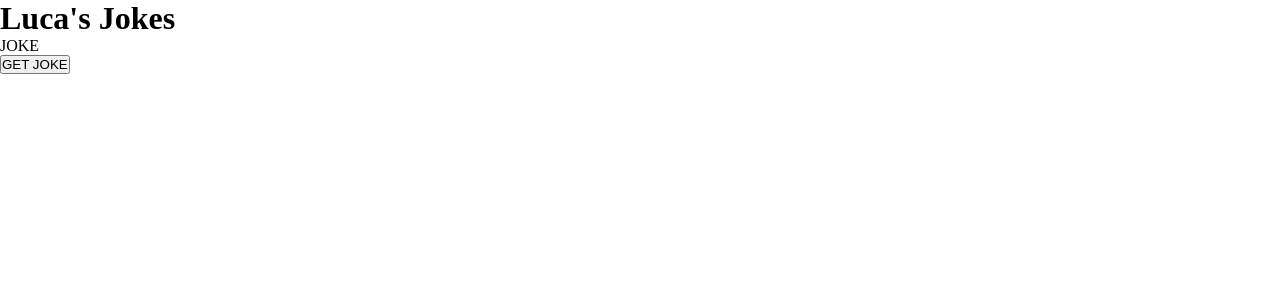
Repository: SerbanLuca/ChuckNorrisJokes-app
Page: /
These files come from the project's save history. The page is drawn as it stood at one moment and after the next save; the edit follows.
The browser window is 1280 px wide. The pictures show the whole page.
The project was rebuilt for these pictures with package versions that can differ from the ones it lists, and the page was loaded fresh each time.

Above is the page before, as saved 2021-04-07 13:39:57.

After the next save:
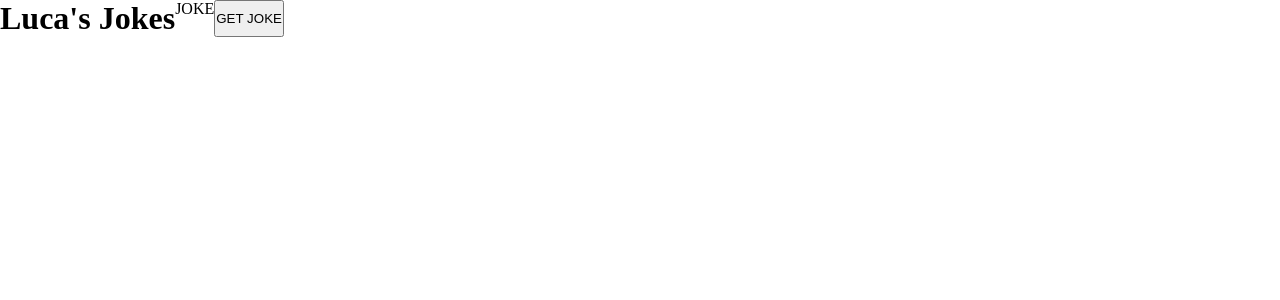
Saved 9 s later.
--- a/src/App.css
+++ b/src/App.css
@@ -7,5 +7,6 @@
 
 .container
 {
-  display:
+  display: flex;
+  align-items: ;
 }
